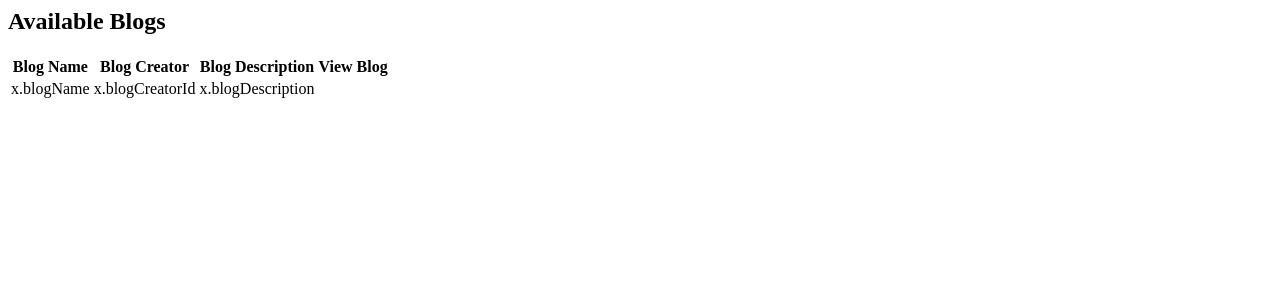
Repository: JamesArul/CLBSiteSTMT
Page: StudentsMeetFrontEnd/WebContent/Blog/BlogViewAll.html
The author's editor kept a copy of each file at every save. The page is drawn from the files as they stood at one save, then again after the next save.
The browser window is 1280 px wide. The pictures show the whole page.

Above is the page before, as saved 2017-06-01 06:36:10.

After the next save:
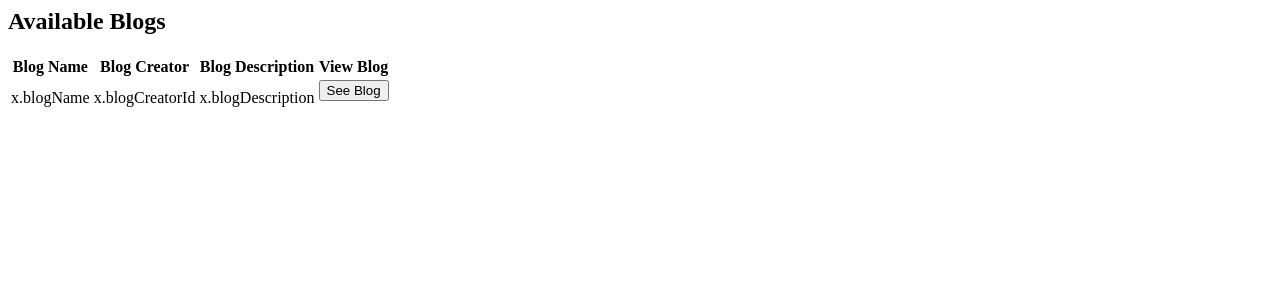
Saved 91 s later.
--- a/StudentsMeetFrontEnd/WebContent/Blog/BlogViewAll.html
+++ b/StudentsMeetFrontEnd/WebContent/Blog/BlogViewAll.html
@@ -16,7 +16,10 @@
         <td>x.blogName</td>
         <td>x.blogCreatorId</td>
         <td>x.blogDescription</td>
-        <td></td>
+        <td><form ng-submit="btrl.viewBlog()">
+        <input type="hidden" value="{{x.blogID}}"/>
+        <input type="submit" value="See Blog">
+        </form></td>
       </tr>
     </tbody>
     </div>
